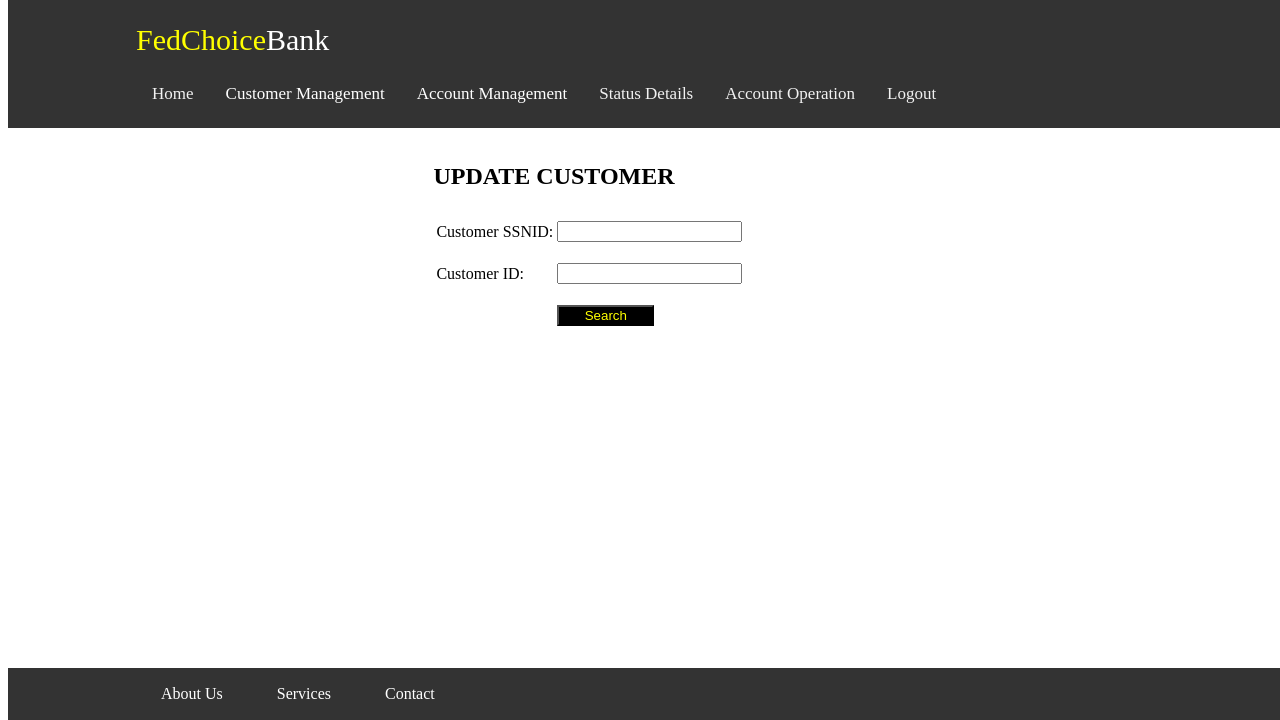
Repository: gopikavinod/RBM
Page: http://localhost/Retail_Bank_Management/updateCustomer.jsp
The author's editor kept a copy of each file at every save. The page is drawn from the files as they stood at one save, then again after the next save.
The browser window is 1280 px wide. The pictures show the whole page.
The page is served by Tomcat 9. Other server files are loaded and not shown.

Above is the page before, as saved 2020-06-21 16:12:26.

### eclipse-workspace/Retail Bank Management/WebContent/updateCustomer.jsp
<%@ page language="java" contentType="text/html; charset=ISO-8859-1"
    pageEncoding="ISO-8859-1"
    import="com.bean.CustomerBean"
    %>
<!DOCTYPE html>
   <html>

      <head>
         <meta http-equiv="Content-Type"
            content="text/html; charset=windows-1256">

   <title>FedChoice Bank</title>
<style>
    /* Add some padding on document's body to prevent the content
    to go underneath the header and footer */
    body{
        padding-top: 60px;
        padding-bottom: 40px;
    }
    .container{
        width: 80%;
        margin: 0 auto; /* Center the DIV horizontally */
    }
    .fixed-header, .fixed-footer{
        width: 100%;
        position: fixed;
        background: #333;
        padding: 10px 0;
        color: #fff;
    }
    .fixed-header{
        top: 0;
    }
    .fixed-footer{
        bottom: 0;
    }
    /* Some more styles to beutify this example */
    nav a{
        color: #fff;
        text-decoration: none;
        padding: 7px 25px;
        display: inline-block;
    }
    .container p{
        line-height: 200px; /* Create scrollbar to test positioning */
    }
    p.detail
    {
    color:yellow;
    line-height: 0px;
    font-size: 30px
    }
    span.name{
    	color:white;
    	 font-size: 30px
    }
    tr
    {
    height: 40px;
    }
    span.aestric
    {
    color: red;
    }
    .topnav {
  overflow: hidden;
  background-color: #333;
}

.topnav a {
  float: left;
  display: block;
  color: #f2f2f2;
  text-align: center;
  padding: 14px 16px;
  text-decoration: none;
  font-size: 17px;
}
    .dropdown {
  float: left;
  overflow: hidden;
}
.dropdown .dropbtn {
  font-size: 17px;
  border: none;
  outline: none;
  color: white;
  padding: 14px 16px;
  background-color: inherit;
  font-family: inherit;
  margin: 0;
}

.dropdown-content {
  display: none;
  position: absolute;
  background-color: #f9f9f9;
  min-width: 160px;
  box-shadow: 0px 8px 16px 0px rgba(0,0,0,0.2);
  z-index: 1;
}

.dropdown-content a {
  float: none;
  color: black;
  padding: 12px 16px;
  text-decoration: none;
  display: block;
  text-align: left;
}

.topnav a:hover, .dropdown:hover .dropbtn {
  background-color: #555;
  color: white;
}

.dropdown-content a:hover {
  background-color: #ddd;
  color: black;
}

.dropdown:hover .dropdown-content {
  display: block;
}

</style>

</head>
<body>
    <div class="fixed-header">
        <div class="container">
            <nav>
          <p class="detail">FedChoice<span class="name">Bank</span></p>
          <div class="topnav" id="myTopnav">
                <a href="#">Home</a>
                <div class="dropdown">
    <button class="dropbtn">Customer Management
      <i class="fa fa-caret-down"></i>
    </button>
    <div class="dropdown-content">
      <a href="/Retail_Bank_Management/userLogged.jsp">Create Customer</a>
      <a href="/Retail_Bank_Management/updateCustomer.jsp">Update Customer</a>
      <a href="#">Delete Customer</a>
      <a href="#">View Customer Details</a>
    </div>
    </div>

   <div class="dropdown">
    <button class="dropbtn">Account Management
      <i class="fa fa-caret-down"></i>
    </button>
    <div class="dropdown-content">
      <a href="#">Add Account</a>
      <a href="#">Update Account</a>
      <a href="#">Delete Account</a>
      <a href="#">View Account Details</a>
    </div>
    </div>


                <a href="#">Status Details</a>
                <a href="#">Account Operation</a>
                <a href="#">Logout</a>
            </nav>
        </div>
    </div>
    <div class="container">
    <p>
    <div id="searchdiv1" ${param.searchButton == 'Search'?'hidden':''}>
    	<form action="UpdateCustomerServlete" name="updateCustomer"   enctype="multipart/form-data" style="margin-top: 95px;
    margin-left: 299px;" >
    <h2>UPDATE CUSTOMER</h2>
    <table>
   <tr >
<td>Customer SSNID:</td>
<td><input type="text" id="cssnid" name="customerssnid" value="" > </td>
</tr>
<tr >
<td>Customer ID:</td>
<td><input type="text" id="custid" name="customerid" value=""> </td>
</tr>
<tr colspan="2" >
<td></td>
<td><input type="submit" name="searchButton" value="Search" style="background-color: black;color: yellow ;width:97px"></td>
</tr>






</table>

    	</form>
    	</div>
 <div id= "serchdiv2"  ${param.searchButton == 'Search'?'':'hidden'}>
<form  action="UpdateCustomerServlete" name="updateCustomer"   enctype="multipart/form-data" style="margin-top: 95px;
    margin-left: 299px;">
    <h1>hello:::<%
CustomerBean updatecustomer = new CustomerBean();
String name=updatecustomer.getCustname();%></h1>
    	<table>
    	<tr>
<td>Old Customer Name:</td>
<td><input type="text" id="cname" name="customername"   value="" readonly="readonly" > </td>
</tr>

<tr>
<td>New Customer Name<span class="aestric">*</span>:</td>
<td><input type="text" id="ncname" name="newcustname" value="" required="required" ></td>
</tr>
<tr>
<td>Old Address:</td>
<td> <input type="text" id="oaddress" name="customeroaddress" value=""  readonly="readonly"></td>
</tr>
<tr>
<td>New Address<span class="aestric">*</span>:</td>
<td> <input type="text" id="naddress" name="customernaddress" value="" required="required" ></td>
</tr>
<tr>
<td>Old Age:</td>
<td> <input type="text" id="oage" name="customeroage" value = "" readonly="readonly"></td>
</tr>
<tr>
<td>New Age<span class="aestric">*</span>:</td>
<td> <input type="text" id="nage" name="customernage" value="" required="required"></td>
</tr>
<tr>
<td style="color: red;"> (*)Fields are compulsory</td>

</tr>

<tr colspan="2" >
<td></td>
<td><input type="submit" value="Update" style="background-color: black;color: yellow ;width:97px"></td>
</tr>
    	</table>

    	</form>
    	</div>
    	</p>
    	    </div>
    <div class="fixed-footer">
        <div class="container">
        <nav>

                <a href="#">About Us</a>
                <a href="#">Services</a>
                <a href="#">Contact</a>
        </nav>
        </div>
    </div>
</body>
   </html>

### eclipse-workspace/Retail Bank Management/src/com/bean/CustomerBean.java
package com.bean;

public class CustomerBean {


	private String ssnid;
	private String custid;
	private String custname;
	private String custaddress;
	private String age;
	private String state;
	private String city;
	  public boolean valid;
	public boolean isValid() {
		return valid;
	}
	public void setValid(boolean valid) {
		this.valid = valid;
	}
	public String getSsnid() {
		return ssnid;
	}
	public void setSsnid(String ssnid) {
		this.ssnid = ssnid;
	}
	public String getCustid() {
		return custid;
	}
	public void setCustid(String custid) {
		this.custid = custid;
	}
	public String getCustname() {
		return custname;
	}
	public void setCustname(String custname) {
		this.custname = custname;
	}
	public String getCustaddress() {
		return custaddress;
	}
	public void setCustaddress(String custaddress) {
		this.custaddress = custaddress;
	}
	public String getAge() {
		return age;
	}
	public void setAge(String age) {
		this.age = age;
	}
	public String getState() {
		return state;
	}
	public void setState(String state) {
		this.state = state;
	}
	public String getCity() {
		return city;
	}
	public void setCity(String city) {
		this.city = city;
	}

}

After the next save:
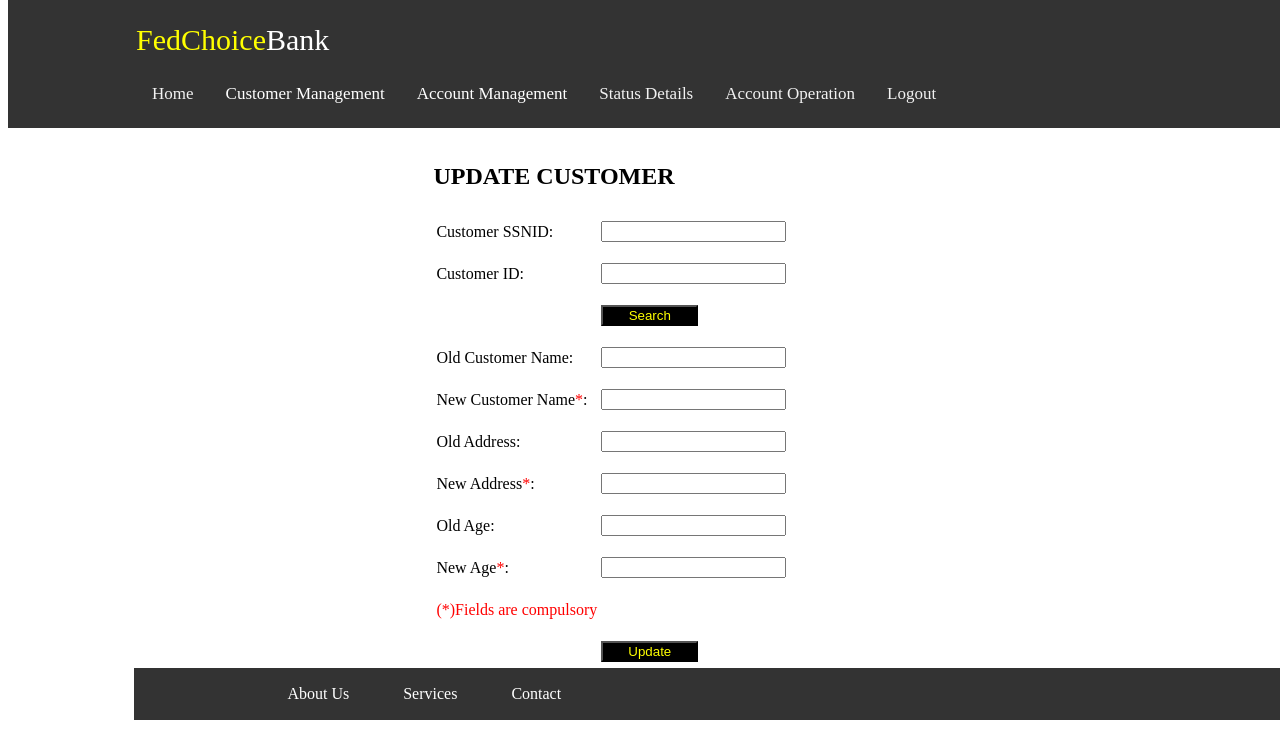
Saved 4 min 46 s later.
--- a/eclipse-workspace/Retail Bank Management/WebContent/updateCustomer.jsp
+++ b/eclipse-workspace/Retail Bank Management/WebContent/updateCustomer.jsp
@@ -183,23 +183,12 @@
 <td></td>
 <td><input type="submit" name="searchButton" value="Search" style="background-color: black;color: yellow ;width:97px"></td>
 </tr>
-
-
-
-
-
-
-</table>
-
-    	</form>
-    	</div>
+</div>
  <div id= "serchdiv2"  ${param.searchButton == 'Search'?'':'hidden'}>
-<form  action="UpdateCustomerServlete" name="updateCustomer"   enctype="multipart/form-data" style="margin-top: 95px;
-    margin-left: 299px;">
     <h1>hello:::<%
 CustomerBean updatecustomer = new CustomerBean();
 String name=updatecustomer.getCustname();%></h1>
-    	<table>
+
     	<tr>
 <td>Old Customer Name:</td>
 <td><input type="text" id="cname" name="customername"   value="" readonly="readonly" > </td>
@@ -234,10 +223,16 @@
 <td></td>
 <td><input type="submit" value="Update" style="background-color: black;color: yellow ;width:97px"></td>
 </tr>
-    	</table>
+
+
+ </div>
+
+</table>
 
     	</form>
-    	</div>
+
+
+
     	</p>
     	    </div>
     <div class="fixed-footer">

After the save that followed:
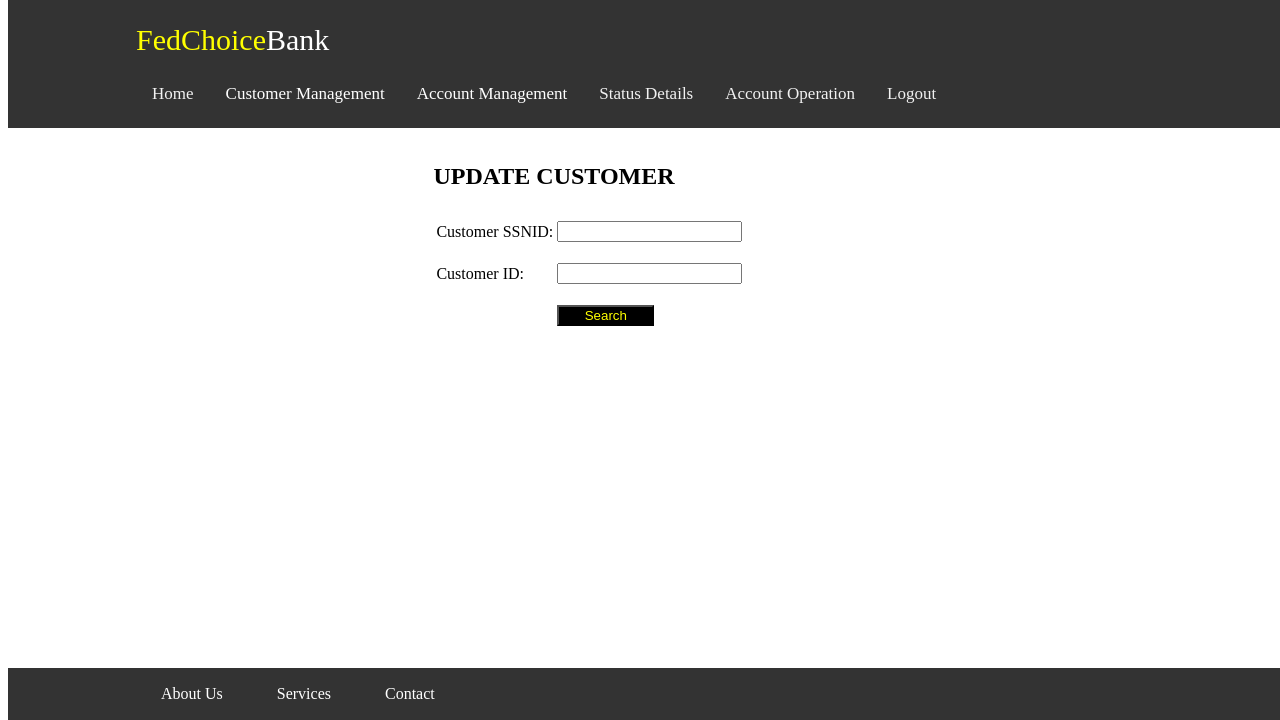
Saved 54 s later.
--- a/eclipse-workspace/Retail Bank Management/WebContent/updateCustomer.jsp
+++ b/eclipse-workspace/Retail Bank Management/WebContent/updateCustomer.jsp
@@ -183,12 +183,23 @@
 <td></td>
 <td><input type="submit" name="searchButton" value="Search" style="background-color: black;color: yellow ;width:97px"></td>
 </tr>
-</div>
+
+
+
+
+
+
+</table>
+
+    	</form>
+    	</div>
  <div id= "serchdiv2"  ${param.searchButton == 'Search'?'':'hidden'}>
-    <h1>hello:::<%
+<form  action="UpdateCustomerServlete" name="updateCustomerform"   enctype="multipart/form-data" style="margin-top: 95px;
+    margin-left: 299px;">
+    <h1><%
 CustomerBean updatecustomer = new CustomerBean();
 String name=updatecustomer.getCustname();%></h1>
-
+    	<table>
     	<tr>
 <td>Old Customer Name:</td>
 <td><input type="text" id="cname" name="customername"   value="" readonly="readonly" > </td>
@@ -223,16 +234,10 @@
 <td></td>
 <td><input type="submit" value="Update" style="background-color: black;color: yellow ;width:97px"></td>
 </tr>
-
-
- </div>
-
-</table>
+    	</table>
 
     	</form>
-
-
-
+    	</div>
     	</p>
     	    </div>
     <div class="fixed-footer">
